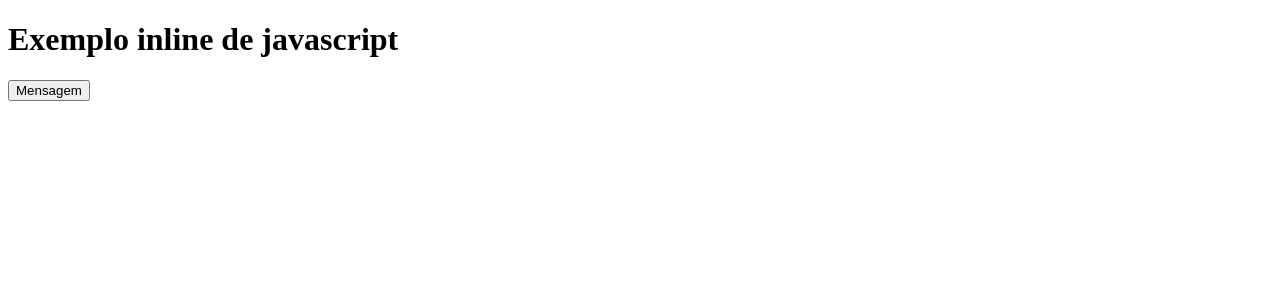
Repository: aquilesascar/TCC
Page: teste/index.html
An editor plug-in stored every save of this project. The page is shown before and after a run of saves, followed by the edit.
The browser window is 1280 px wide. The pictures show the whole page.

Above is the page before, as saved 2023-06-19 14:36:59.

### teste/index.html
<!DOCTYPE html>
<html lang="en">
<head>
    <meta charset="UTF-8">
    <meta http-equiv="X-UA-Compatible" content="IE=edge">
    <meta name="viewport" content="width=device-width, initial-scale=1.0">
    <title>Document</title>
</head>
<body>
    <h1>Exemplo inline de javascript</h1>
    <button onclick="alert('oi')">Mensagem</button>
</body>
</html>

After the next 2 saves:
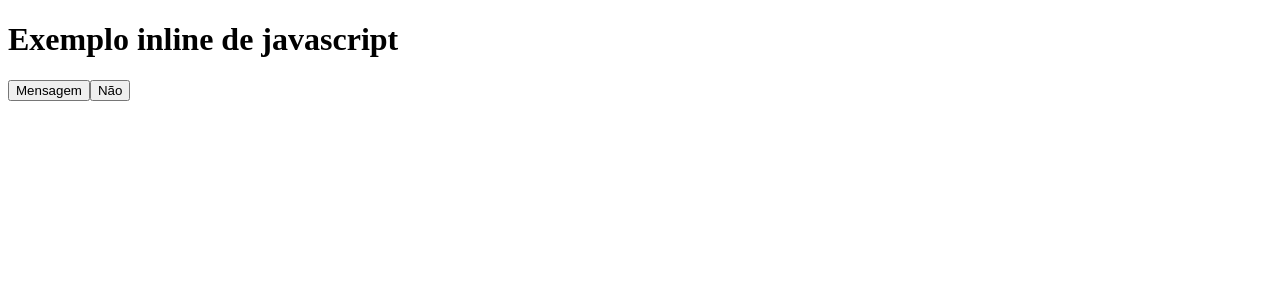
The 2 saves are shown as one change because they came seconds apart.
The last was saved 74 s later.
--- a/teste/index.html
+++ b/teste/index.html
@@ -11,3 +11,31 @@
     <button onclick="alert('oi')">Mensagem</button>
 </body>
 </html>
+
+<!DOCTYPE html>
+<html>
+<head>
+  <style>
+    #nao {
+      position: absolute;
+    }
+  </style>
+</head>
+<body>
+  <button id="nao" onmouseover="moverBotaoNao()">Não</button>
+
+  <script>
+    function moverBotaoNao() {
+      var botaoNao = document.getElementById("nao");
+      var telaWidth = window.innerWidth;
+      var telaHeight = window.innerHeight;
+
+      var novoX = Math.random() * (telaWidth - 100); // Defina o tamanho desejado do botão "não"
+      var novoY = Math.random() * (telaHeight - 40);
+
+      botaoNao.style.left = novoX + "px";
+      botaoNao.style.top = novoY + "px";
+    }
+  </script>
+</body>
+</html>
